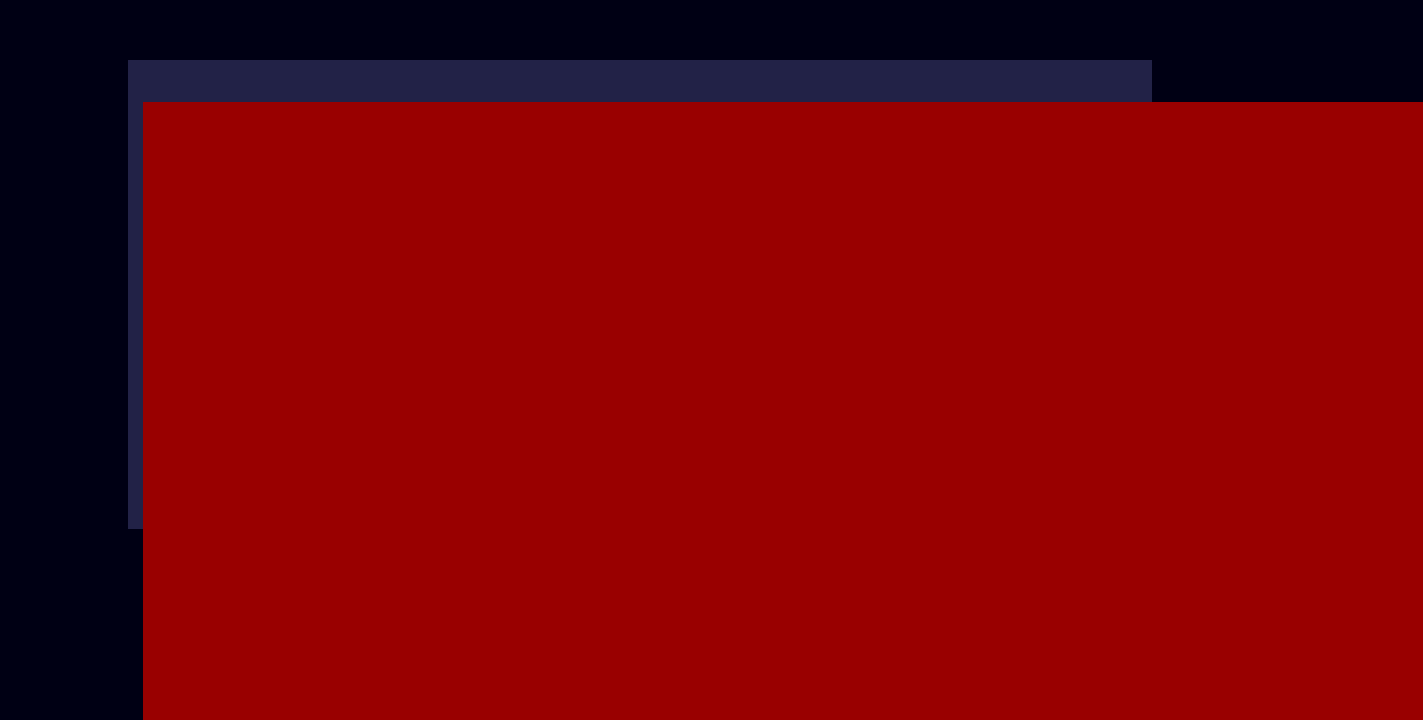
Repository: Francois-QUICODE/CSS-Micro-Projects
Page: Projects/01-Infinite-Gradient-Text.html
The author's editor kept a copy of each file at every save. The page is drawn from the files as they stood at one save, then again after the next save.
The browser window is 1280 px wide. The page is 1280 px wide, then 1423 px, so the pictures cover 1423 px, including what lies to the right of the window. The pictures show the whole page.
Some web fonts or font styles are not loaded; a fallback is used.

Above is the page before, as saved 2020-11-28 10:15:25.

After the next save:
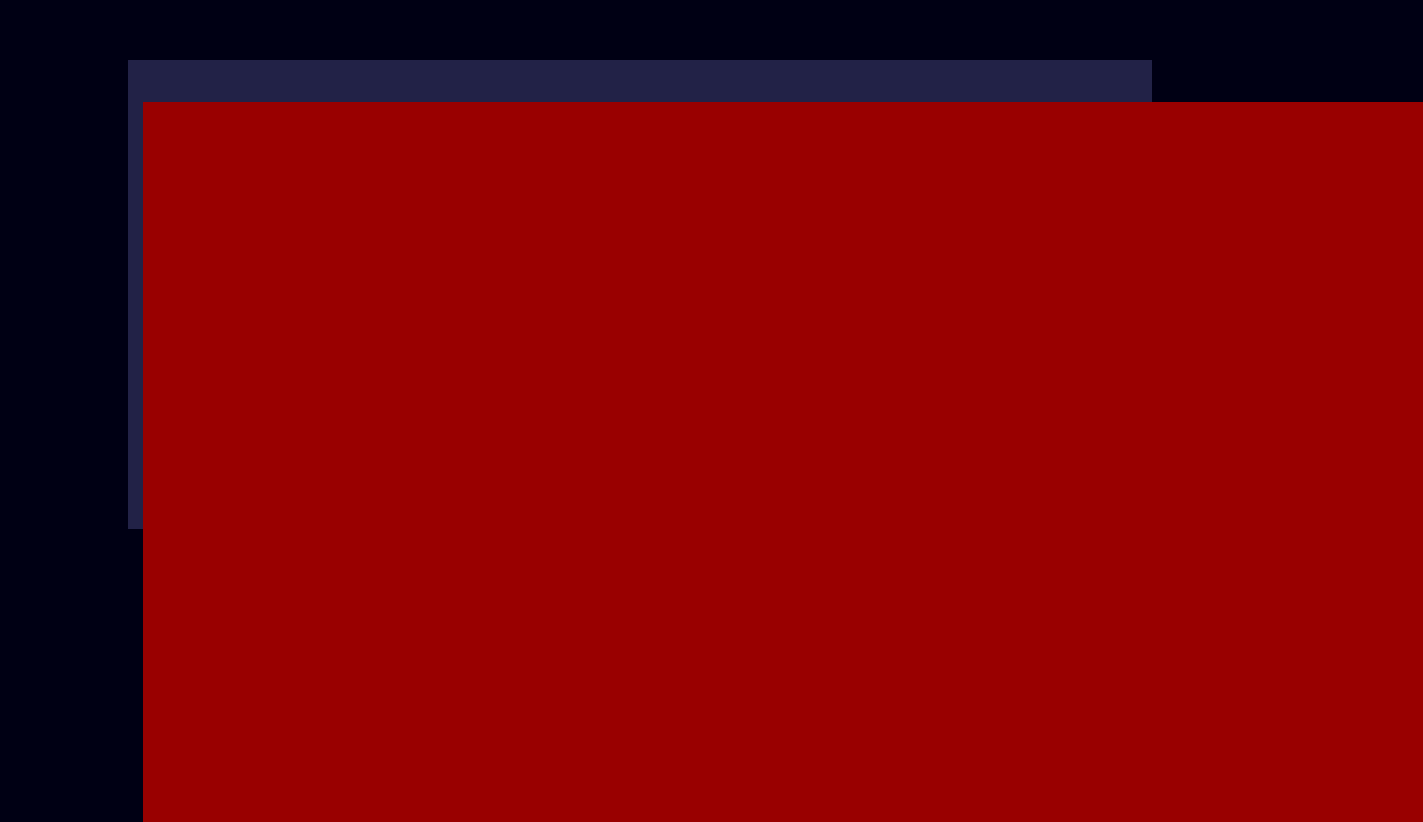
Saved 81 s later.
--- a/Projects/01-Infinite-Gradient-Text.html
+++ b/Projects/01-Infinite-Gradient-Text.html
@@ -76,7 +76,7 @@
     }
 
     .text-background {
-      position: fixed;
+      position: absolute;
       background-color: #900;
       width: 100%;
       height: 100%;
